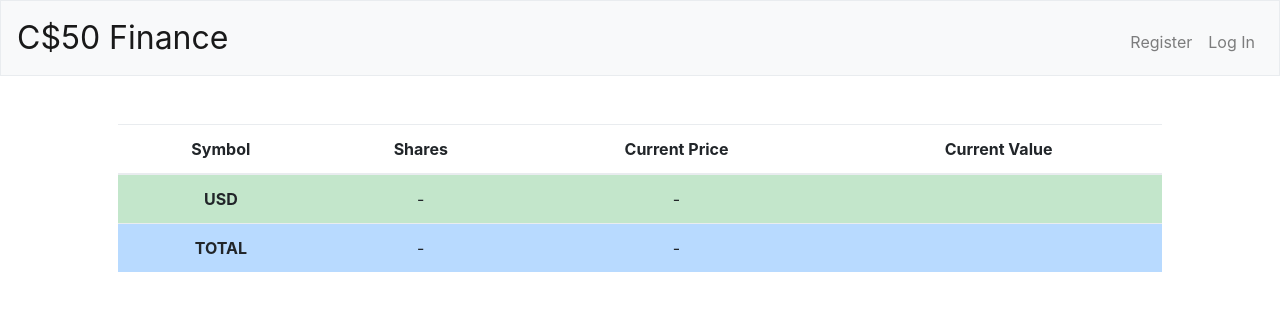
Repository: dillon/cs50
Page: pset8/mashup/templates/index.html
The author's editor kept a record of every edit. The page is drawn from the files as they stood at one moment, then again after the next edit.
The browser window is 1280 px wide. The pictures show the whole page.
Some web libraries are served in a nearby version. The template is drawn by Flask 3. The application's start-up code is not run. Other server files are loaded and not shown. The template is opened directly, without the code that normally fills it, so the values that code supplies are empty.

Above is the page before.

### pset7/finance/templates/index.html
{% extends "layout.html" %}

{% block title %}
    C$50 Finance
{% endblock %}

{% block main %}
<table class="table table-striped">
  <thead>
    <tr>
      <th scope="col">Symbol</th>
      <th scope="col">Shares</th>
      <th scope="col">Current Price</th>
      <th scope="col">Current Value</th>
    </tr>
  </thead>
  <tbody>

    {% for stock in stocks %}
      <tr>
        <td>{{ stock.symbol }}</th>
        <td>{{ stock.shares }}</th>
        <td>{{ stock.price }}</th>
        <td>{{ stock.value }}</th>
      </tr>
    {% endfor %}

    <tr class="table-success">
      <th scope="row">USD</th>
      <td>-</td>
      <td>-</td>
      <td>{{ cash }}</td>
    </tr>
    <tr class="table-primary">
      <th scope="row">TOTAL</th>
      <td>-</td>
      <td>-</td>
      <td>{{ totalvalue }}</td>
    </tr>
  </tbody>
</table>


{% endblock %}

### pset7/finance/templates/layout.html
<!DOCTYPE html>

<html lang="en">

    <head>

        <!-- Required meta tags -->
        <meta charset="utf-8"/>
        <meta name="viewport" content="width=device-width, initial-scale=1, shrink-to-fit=no"/>

        <!-- documentation at http://getbootstrap.com/docs/4.0/, alternative themes at https://bootswatch.com/4-alpha/ -->
        <link href="https://maxcdn.bootstrapcdn.com/bootstrap/4.0.0-beta.2/css/bootstrap.min.css" rel="stylesheet"/>

        <link href="/static/styles.css" rel="stylesheet"/>

        <script src="https://code.jquery.com/jquery-3.1.1.min.js"></script>
        <script src="https://cdnjs.cloudflare.com/ajax/libs/popper.js/1.12.3/umd/popper.min.js"></script>
        <script src="https://maxcdn.bootstrapcdn.com/bootstrap/4.0.0-beta.2/js/bootstrap.min.js"></script>

        <title>C$50 Finance: {% block title %}{% endblock %}</title>

    </head>

    <body>

        <nav class="navbar navbar-expand-md navbar-light bg-light border">
            <a class="navbar-brand" href="/"><span class="blue">C</span><span class="red">$</span><span class="yellow">5</span><span class="green">0</span> <span class="red">Finance</span></a>
            <button aria-controls="navbar" aria-expanded="false" aria-label="Toggle navigation" class="navbar-toggler" data-target="#navbar" data-toggle="collapse" type="button">
                <span class="navbar-toggler-icon"></span>
            </button>
            <div class="collapse navbar-collapse" id="navbar">
                {% if session.user_id %}
                    <ul class="navbar-nav mr-auto mt-2">
                        <li class="nav-item"><a class="nav-link" href="/quote">Quote</a></li>
                        <li class="nav-item"><a class="nav-link" href="/buy">Buy</a></li>
                        <li class="nav-item"><a class="nav-link" href="/sell">Sell</a></li>
                        <li class="nav-item"><a class="nav-link" href="/history">History</a></li>
                    </ul>
                    <ul class="navbar-nav ml-auto mt-2">
                        <li class="nav-item"><a class="nav-link" href="/logout">Log Out</a></li>
                        <li class="nav-item"><a class="nav-link" href="/account">Account</a></li>
                    </ul>
                {% else %}
                    <ul class="navbar-nav ml-auto mt-2">
                        <li class="nav-item"><a class="nav-link" href="/register">Register</a></li>
                        <li class="nav-item"><a class="nav-link" href="/login">Log In</a></li>
                    </ul>
                {% endif %}
            </div>
        </nav>

        {% if get_flashed_messages() %}
            <header>
                <div class="alert alert-primary border text-center" role="alert">
                    {{ get_flashed_messages() | join(" ") }}
                </div>
            </header>
        {% endif %}

        <main class="container p-5">
            {% block main %}{% endblock %}
        </main>

    </body>

</html>

### pset7/finance/static/styles.css
nav .navbar-brand
{
    /* size for brand */
    font-size: xx-large;
}

/* colors for brand */

main .form-control
{
    /* center form controls */
    display: inline-block;

    /* override Bootstrap's 100% width for form controls */
    width: auto;
}

main
{
    /* scroll horizontally as needed */
    overflow-x: auto;

    /* center contents */
    text-align: center;
}

main img
{
    /* constrain images on small screens */
    max-width: 100%;
}

After the next edit:
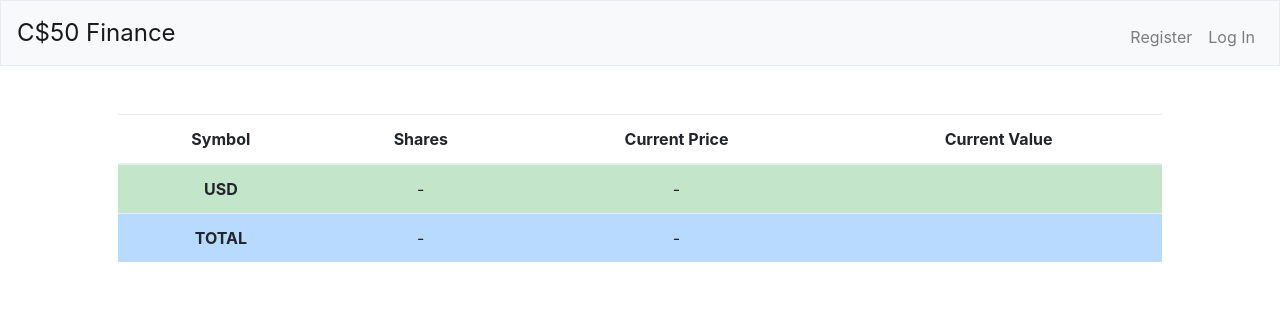
The edit:
--- a/pset7/finance/static/styles.css
+++ b/pset7/finance/static/styles.css
@@ -1,7 +1,7 @@
 nav .navbar-brand
 {
     /* size for brand */
-    font-size: xx-large;
+    font-size: x-large;
 }
 
 /* colors for brand */
